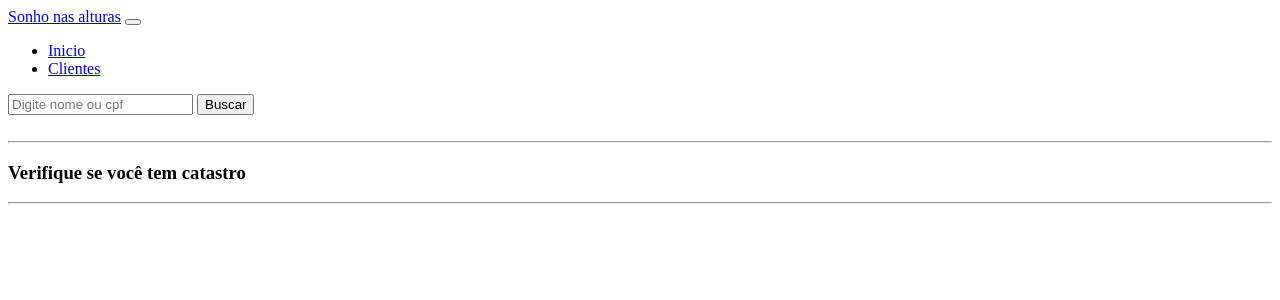
Repository: GabrielAzevedo99/back-end
Page: http://localhost/java-crud/lista.jsp
The author's editor kept a copy of each file at every save. The page is drawn from the files as they stood at one save, then again after the next save.
The browser window is 1280 px wide. The pictures show the whole page.
The page is served by Tomcat 9. Other server files are loaded and not shown.

Above is the page before, as saved 2022-02-05 21:39:54.

### java-crud/src/main/webapp/lista.jsp
<%@ page language="java" contentType="text/html; charset=ISO-8859-1" pageEncoding="ISO-8859-1"%>
<%@ taglib uri='http://java.sun.com/jsp/jstl/core' prefix='c'%>
<!DOCTYPE html>
<html>
<head>
<meta charset="ISO-8859-1">
<title>Lista de Clientes</title>
</head>
<body>
<nav class="navbar navbar-expand-lg navbar-light bg-light">
  <div class="container-fluid">
    <a class="navbar-brand" href="#">Sonho nas alturas</a>
    <button class="navbar-toggler" type="button" data-bs-toggle="collapse" data-bs-target="#navbarSupportedContent" aria-controls="navbarSupportedContent" aria-expanded="false" aria-label="Toggle navigation">
      <span class="navbar-toggler-icon"></span>
    </button>
    <div class="collapse navbar-collapse" id="navbarSupportedContent">
      <ul class="navbar-nav me-auto mb-2 mb-lg-0">
        <li class="nav-item">
          <a class="nav-link active" aria-current="page" href="index.html">Inicio</a>
        </li>
        <li class="nav-item">
          <a class="nav-link" href="#">Clientes</a>
        </li>


      </ul>
      <form action="CreateAndFind" method="GET" class="d-flex">
        <input name="pesquisa" class="form-control me-2" type="search" placeholder="Digite nome ou cpf" aria-label="Search">
        <button class="btn btn-outline-success" type="submit">Buscar</button>
      </form>
    </div>
  </div>
</nav>

<br>
<div class="container">
<div class="row">
<hr>
<h3>Verifique se você tem catastro</h3>
<hr>
<table class="table">


</table>



<!-- JavaScript Bundle with Popper -->
<script src="https://cdn.jsdelivr.net/npm/bootstrap@5.1.3/dist/js/bootstrap.bundle.min.js" integrity="sha384-ka7Sk0Gln4gmtz2MlQnikT1wXgYsOg+OMhuP+IlRH9sENBO0LRn5q+8nbTov4+1p" crossorigin="anonymous"></script>

</body>
</html >

After the next save:
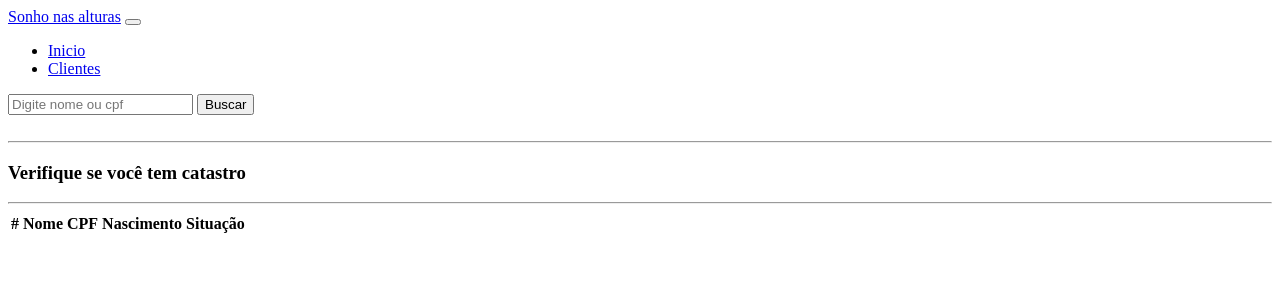
Saved 3 h 11 min later.
--- a/java-crud/src/main/webapp/lista.jsp
+++ b/java-crud/src/main/webapp/lista.jsp
@@ -39,9 +39,20 @@
 <h3>Verifique se você tem catastro</h3>
 <hr>
 <table class="table">
+<thead>
+<tr>
+<th>#</th>
+<th>Nome</th>
+<th>CPF</th>
+<th>Nascimento</th>
+<th>Situação</th>
+</tr>
+</thead>
+</table>
 
+</div>
+</div>
 
-</table>
 
 
 
